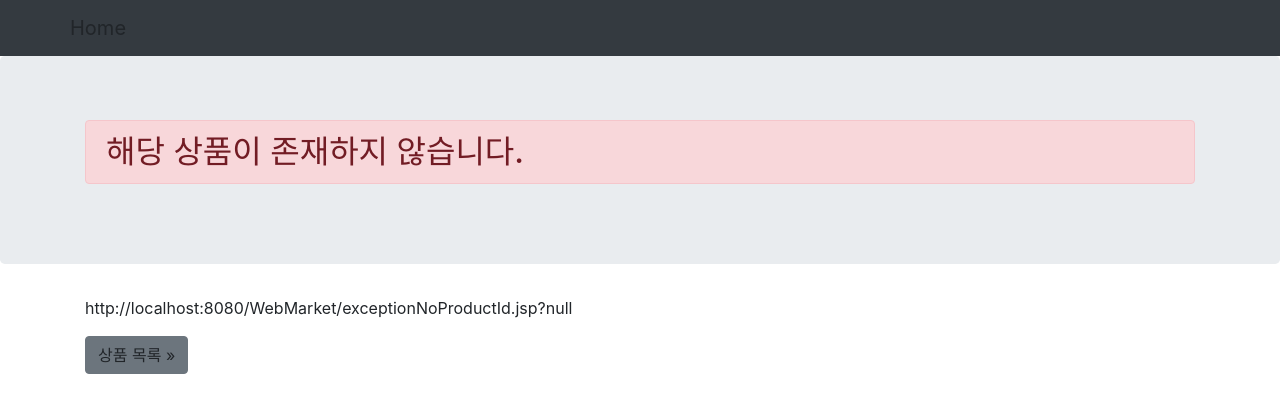
Repository: ramperrit/JSP
Page: http://localhost/WebMarket/exceptionNoProductId.jsp
The author's editor kept a copy of each file at every save. The page is drawn from the files as they stood at one save, then again after the next save.
The browser window is 1280 px wide. The pictures show the whole page.
The page is served by Tomcat 9.

Above is the page before, as saved 2024-02-28 02:30:45.

After the next save:
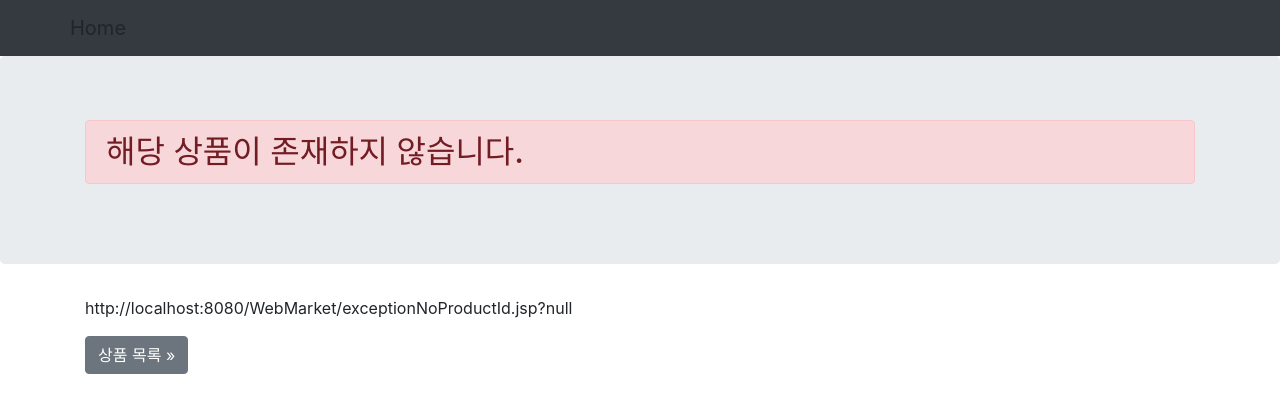
Saved 29 s later.
--- a/WebMarket/src/main/webapp/exceptionNoProductId.jsp
+++ b/WebMarket/src/main/webapp/exceptionNoProductId.jsp
@@ -13,7 +13,7 @@
 	</div>
 	<div class="container">
 		<p><%=request.getRequestURL() %>?<%=request.getQueryString() %>
-		<p><a herf="products.jsp" class="btn btn-secondary"> 상품 목록 &raquo;</a>
+		<p><a href="products.jsp" class="btn btn-secondary"> 상품 목록 &raquo;</a>
 	</div>
 </body>
 </html>
